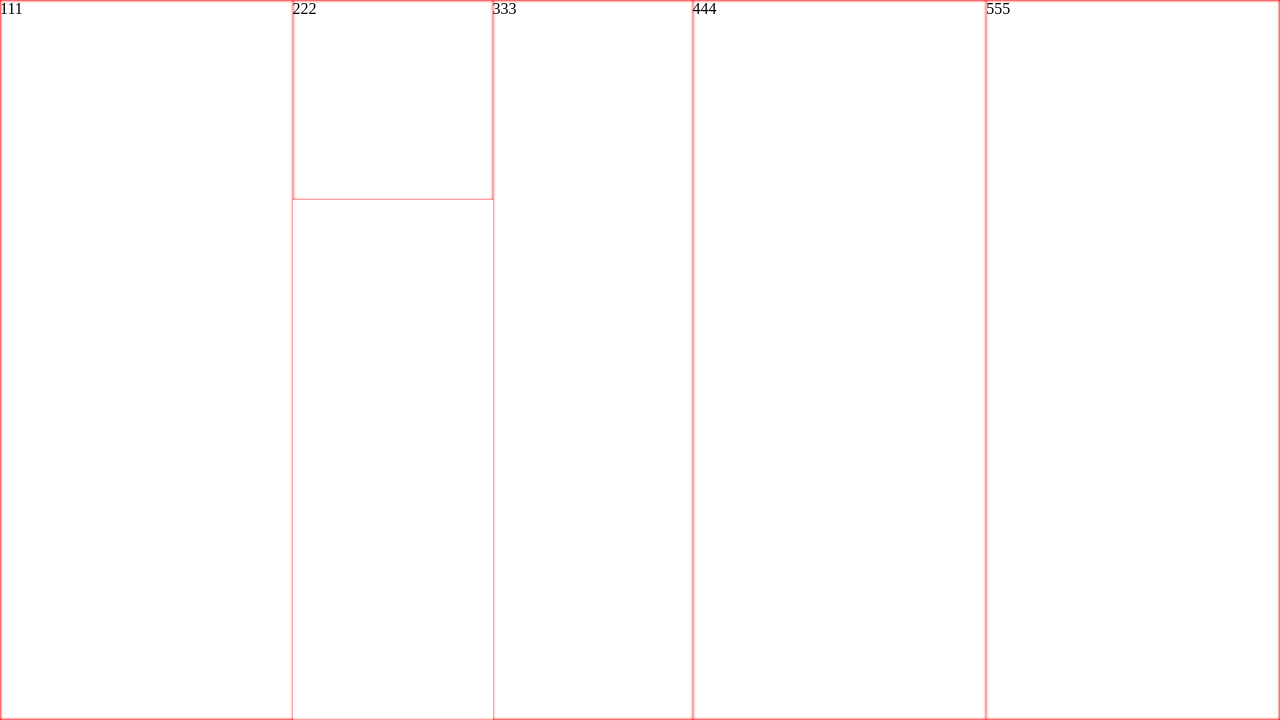
Repository: Joamg/Joamg.github.io
Page: miao/oald-layout-flex.html
The author's editor kept a copy of each file at every save. The page is drawn from the files as they stood at one save, then again after the next save.
The browser window is 1280 px wide. The pictures show the whole page.

Above is the page before, as saved 2021-05-27 20:21:46.

### miao/oald-layout-flex.html
<!DOCTYPE html>
<html lang="en">
<head>
  <meta charset="UTF-8">
  <meta http-equiv="X-UA-Compatible" content="IE=edge">
  <meta name="viewport" content="width=device-width, initial-scale=1.0">
  <title>Document</title>

  <style>
  * {
    height: 100%;
    margin: 0;
  }
  body {
    box-shadow: inset  0 0 3px red;
  }
  section {
    display: flex;
  }
  div {
    display: flex;
    box-shadow: inset  0 0 3px red;
  }
  [a], [e], [d]{
    flex-grow: 1;
  }
  .er {
    flex-wrap: wrap;
  }
  [b], [c] {
    width: 200px;
  }
  [b] {
    height: 200px;
  }
  </style>
</head>
<body>
  <section>
    <div a>111</div>
    <section class="er">
      <div b>222</div>
      <div c>333</div>
    </section>
    <div d>444</div>
    <div e>555</div>
  </section>

</body>
</html>

After the next save:
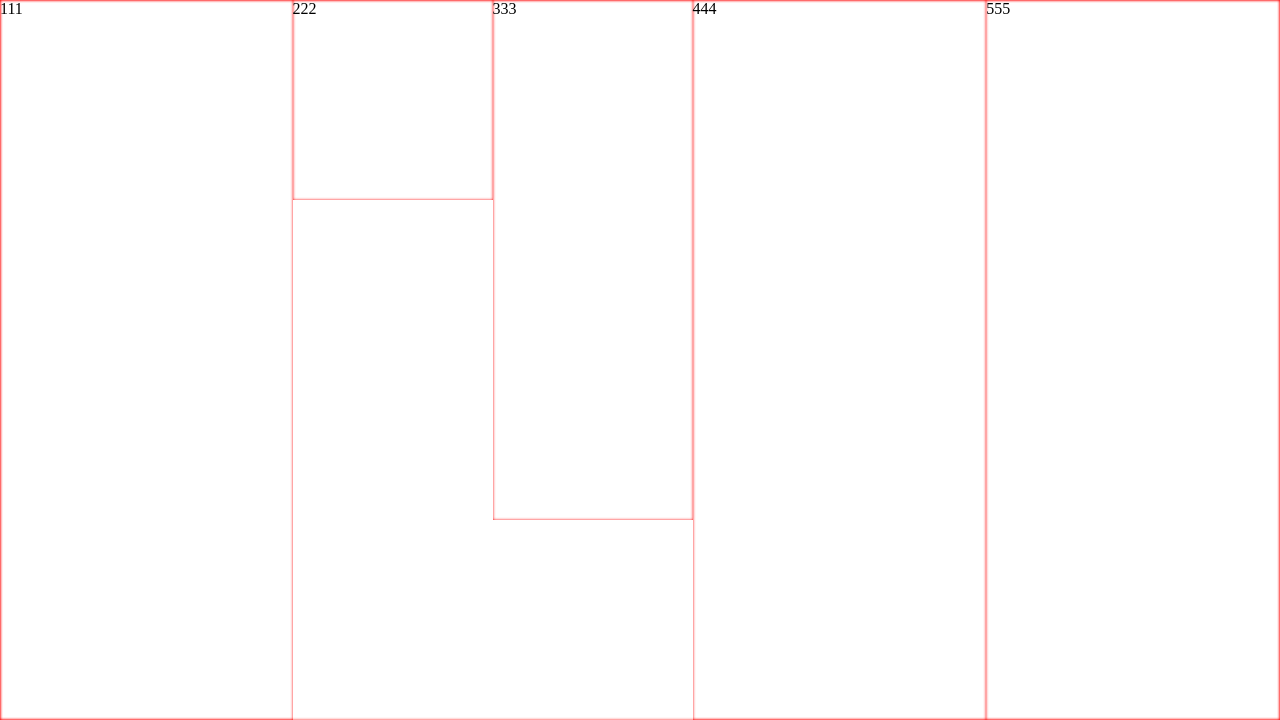
Saved 29 s later.
--- a/miao/oald-layout-flex.html
+++ b/miao/oald-layout-flex.html
@@ -33,6 +33,9 @@
   [b] {
     height: 200px;
   }
+  [c] {
+    height: calc(100% - 200px);
+  }
   </style>
 </head>
 <body>
